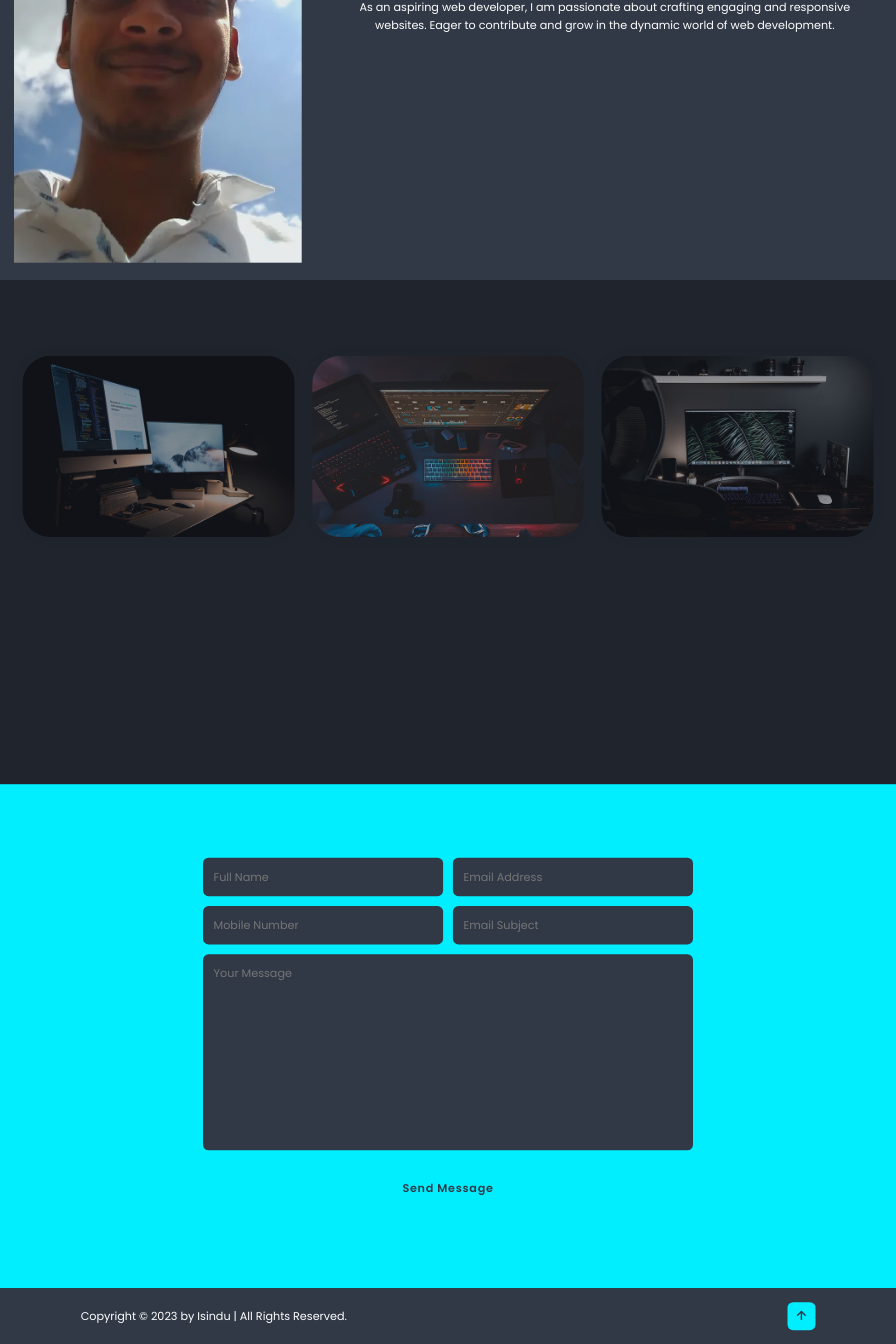
Repository: tectonic679/website1
Page: index.html
An editor plug-in stored every save of this project. The page is shown before and after the next save, followed by the edit.
The browser window is 1280 px wide. The pictures show the part of the page from y = 1096 to 3016 px (the page is 3016 px tall), at 70% of full size.
Some web libraries are served in a nearby version.

Above is the page before, as saved 2023-12-15 14:11:09.

After the next save:
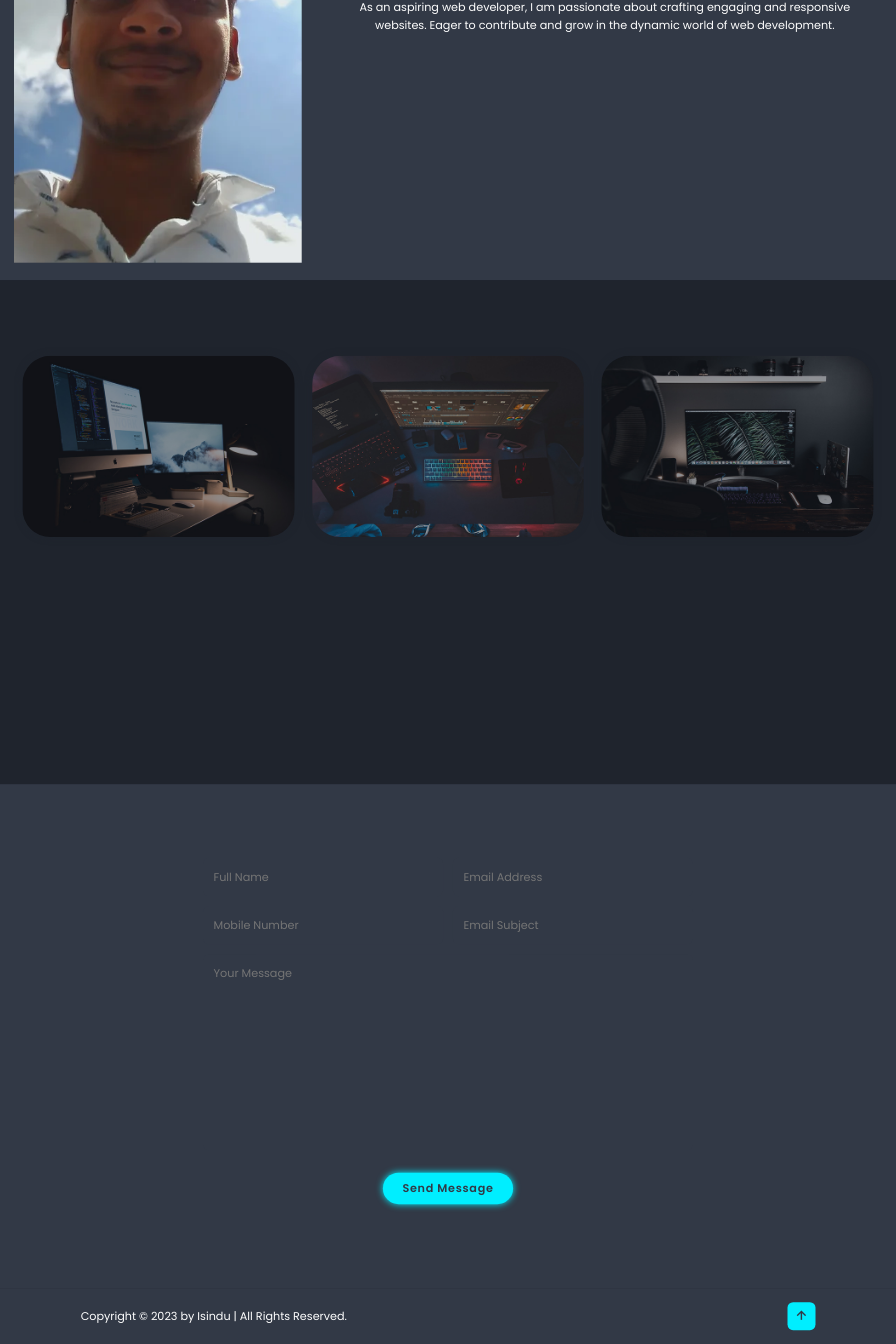
Saved 41 s later.
--- a/style.css
+++ b/style.css
@@ -304,7 +304,7 @@ span {
 }
 
 .contact {
-    background-color: var(--main-bg-color);
+    background-color: var(--second-bg-color);
 }
 
 .contact h2 {
